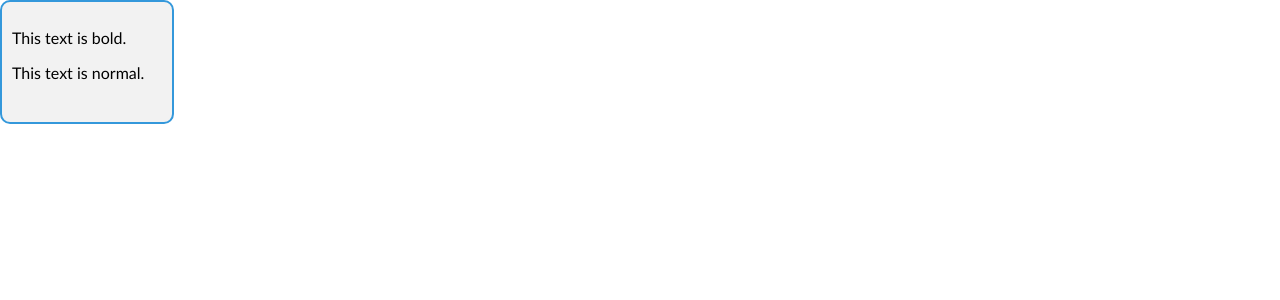
Repository: AndrlmMass/Time-management-chrome-extension
Page: popup.html
An editor plug-in stored every save of this project. The page is shown before and after the next save, followed by the edit.
The browser window is 1280 px wide. The pictures show the whole page.

Above is the page before, as saved 2023-08-22 15:37:16.

### popup.html
<!DOCTYPE html>
<html>
<head>
  <title>Popup</title>
  <link rel="stylesheet" type="text/css" href="styles.css">
</head>
<body>
  <div id="popup-container">
    <!-- Apply the bold-text class to the desired text -->
    <p class="bold-text">This text is bold.</p>
    <p>This text is normal.</p>
  </div>
  <script src="popup.js"></script>
</body>
</html>

### styles.css
@font-face {
  font-family: 'CustomFont';
  src: url('path/to/font.woff2') format('woff2'),
       url('path/to/font.woff') format('woff');
}

body {
    font-family: 'Calibri', sans-serif;
    margin: 0;
    padding: 0;
  }

  #popup-container {
    padding: 10px;
    margin: 0;
    width: 300px;
    background-color: #f2f2f2;
    border: 2px solid #3498db;
    border-radius: 10px;
  }

### popup.js
document.addEventListener('DOMContentLoaded', function() {
  // Get the popup's main container element
  const popupContainer = document.getElementById('popup-container');

  // Set custom width and height
  popupContainer.style.width = '150px';    // Adjust width as needed
  popupContainer.style.height = '100px';   // Adjust height as needed
});

After the next save:
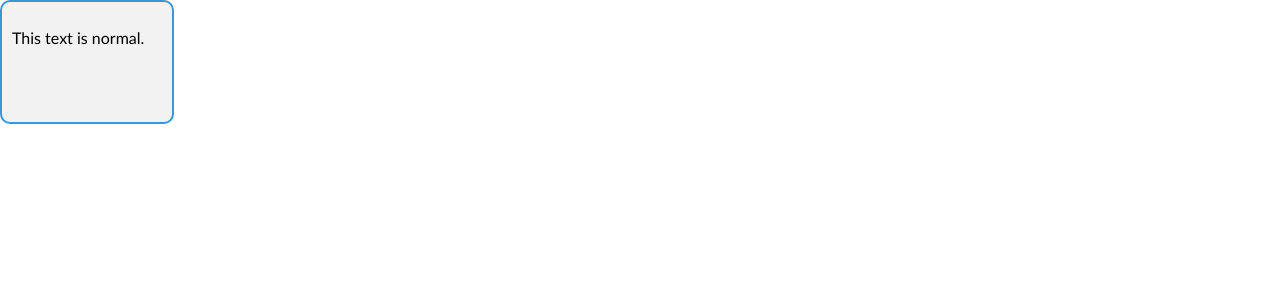
Saved 25 s later.
--- a/popup.html
+++ b/popup.html
@@ -6,8 +6,6 @@
 </head>
 <body>
   <div id="popup-container">
-    <!-- Apply the bold-text class to the desired text -->
-    <p class="bold-text">This text is bold.</p>
     <p>This text is normal.</p>
   </div>
   <script src="popup.js"></script>
